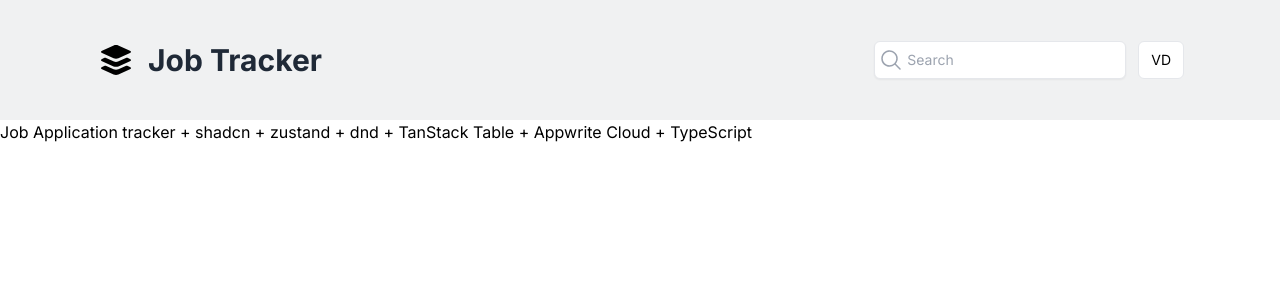
Repository: Vasil1001/job-applications-tracker-nextjs
Page: /
These files come from the project's save history. The page is drawn as it stood at one moment and after the next save; the edit follows.
The browser window is 1280 px wide. The pictures show the whole page.
The project was rebuilt for these pictures with package versions that can differ from the ones it lists, and the page was loaded fresh each time. The framework's server and built-in components were replaced by stand-ins that run in the browser. Also part of the build but not shown: next.config.js.

Above is the page before, as saved 2023-06-24 17:27:16.

After the next save:
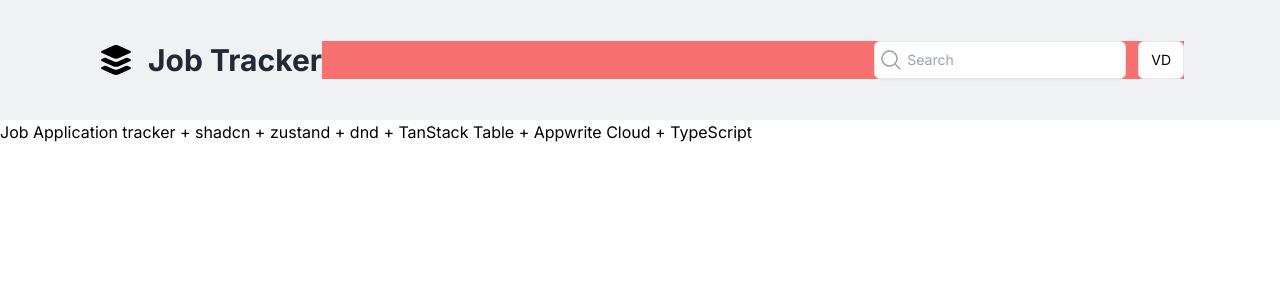
Saved 12 s later.
--- a/components/Header.tsx
+++ b/components/Header.tsx
@@ -31,7 +31,7 @@ export default function Header() {
         </div>
 
         {/* Search input, button and profile */}
-        <div className="flex items-center gap-3 flex-1 justify-end w-full">
+        <div className="flex bg-red-400 items-center gap-3 flex-1 justify-end w-full">
           <form className="peer flex items-center space-l-5 bg-white p-1 border shadow-sm focus-visible:outline-none focus-visible:ring-1 focus:ring-gray-400 text-black border-gray-200 sm:text-sm rounded-md hover:border-gray-300 placeholder:text-gray-400 focus:placeholder:text-gray-500 flex-1 md:flex-initial">
             <HiMagnifyingGlass className="w-6 h-6 text-gray-400" />
             <input
